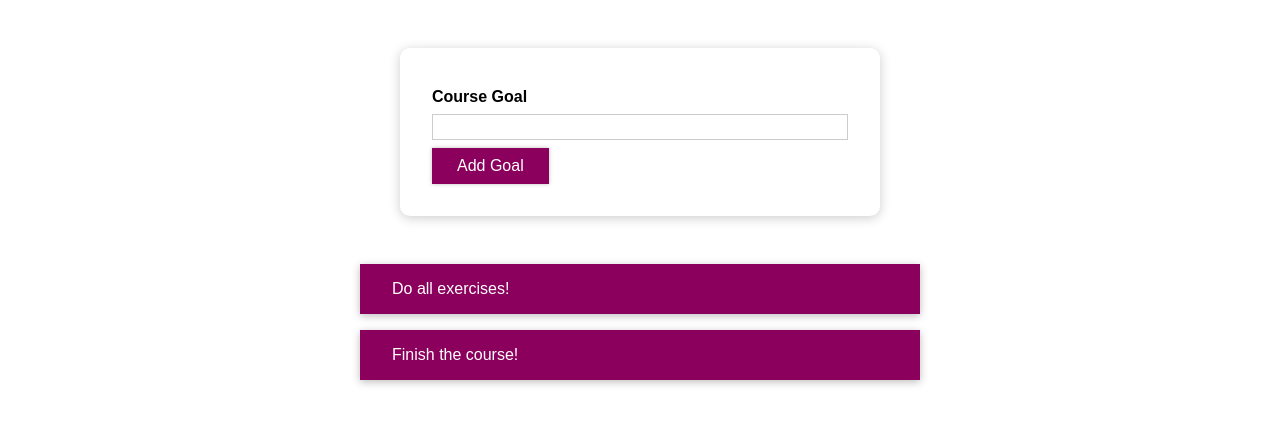
Repository: Wakkaba/PracticeProject
Page: /
These files come from the project's save history. The page is drawn as it stood at one moment and after the next save; the edit follows.
The browser window is 1280 px wide. The pictures show the whole page.
The project was rebuilt for these pictures with package versions that can differ from the ones it lists, and the page was loaded fresh each time. Also part of the build but not shown: src/components/UI/Button/Button.js, src/components/CourseGoals/CourseInput/CourseInput.css.

Above is the page before, as saved 2021-10-22 17:20:54.

### src/components/CourseGoals/CourseInput/CourseInput.js
import React, { useState } from "react";
import styled from 'styled-components'
import Button from "../../UI/Button/Button";
import "./CourseInput.css";

const FormControl = styled.div`
  margin: 0.5rem 0;

& label {
  font-weight: bold;
  display: block;
  margin-bottom: 0.5rem;
}

& input {
  display: block;
  width: 100%;
  border: 1px solid #ccc;
  font: inherit;
  line-height: 1.5rem;
  padding: 0 0.25rem;
}

& input:focus {
  outline: none;
  background: #fad0ec;
  border-color: #8b005d;
}

&.invalid input {
  border-color: red;
  background: #ffd7d7;
}

&.invalid label {
  color: red;
}
`


const CourseInput = (props) => {
  const [enteredValue, setEnteredValue] = useState("");
  const [isValid, setIsValid] = useState(true);

  const goalInputChangeHandler = (event) => {
    if (event.target.value.trim().length > 0) {
      setIsValid(true);
    }
    setEnteredValue(event.target.value);
  };

  const formSubmitHandler = (event) => {
    event.preventDefault();
    if (enteredValue.trim().length === 0) {
      setIsValid(false);
      return;
    }
    props.onAddGoal(enteredValue);
  };

  return (
    <form onSubmit={formSubmitHandler}>
      <FormControl invalid={!isValid} >
        <label>Course Goal</label>
        <input type="text" onChange={goalInputChangeHandler} />
      </FormControl>
      <Button type="submit">Add Goal</Button>
    </form>
  );
};

export default CourseInput;

Loaded but not shown: public/index.html (common file); src/index.js (common file); src/index.css (common file); src/App.js (common file); src/components/CourseGoals/CourseGoalList/CourseGoalList.js (common file); src/App.css (common file); src/components/CourseGoals/CourseGoalItem/CourseGoalItem.js (common file); src/components/CourseGoals/CourseGoalList/CourseGoalList.css (common file); src/components/CourseGoals/CourseGoalItem/CourseGoalItem.css (common file)

After the next save:
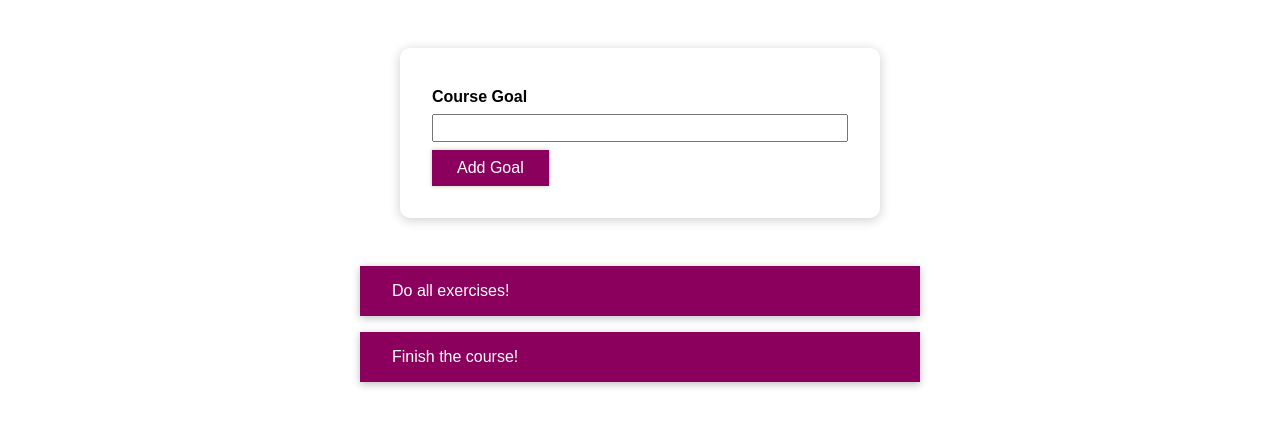
Saved 61 s later.
--- a/src/components/CourseGoals/CourseInput/CourseInput.js
+++ b/src/components/CourseGoals/CourseInput/CourseInput.js
@@ -15,7 +15,7 @@ const FormControl = styled.div`
 & input {
   display: block;
   width: 100%;
-  border: 1px solid #ccc;
+  border: 1px solid ${props => props.invalid? 'red' : '#ccc'}
   font: inherit;
   line-height: 1.5rem;
   padding: 0 0.25rem;
